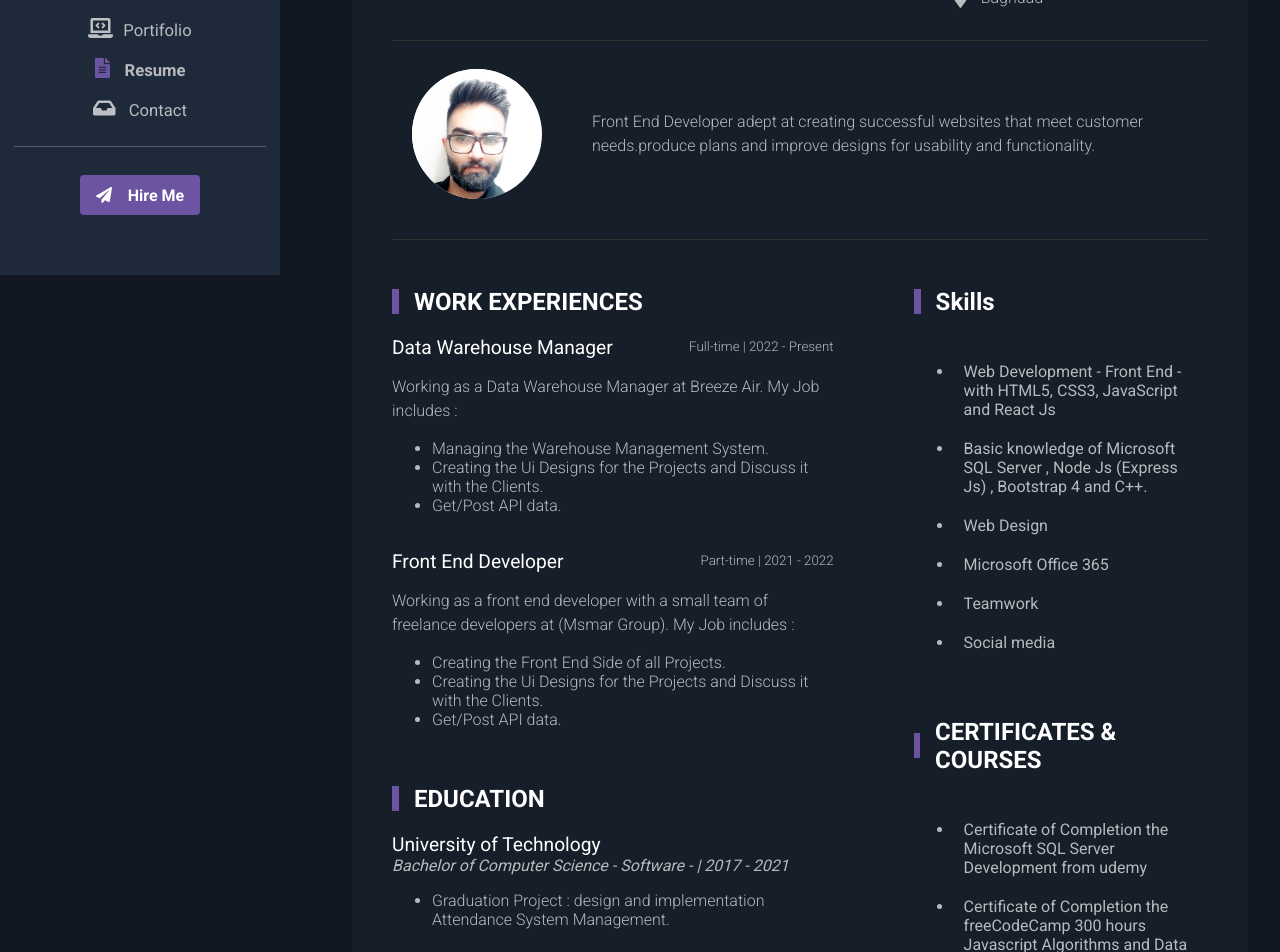
Repository: ahmedazawi/bio-website
Page: /bio-website/resume
The author's editor kept a copy of each file at every save. The page is drawn from the files as they stood at one save, then again after the next save.
The browser window is 1280 px wide. The pictures show the part of the page from y = 445 to 1397 px (the page is 2045 px tall).
The project was rebuilt for these pictures with package versions that can differ from the ones it lists, and the page was loaded fresh each time. Also part of the build but not shown: src/assets/css/routes-files/about-me.css, src/components/home/Head.js, src/assets/css/routes-files/cards.css, src/components/home/Card.js, src/components/home/Cards.js, src/components/home/PojectsCard.js, src/components/home/Projects.js, src/views/AboutMe.js and 2 more.

Above is the page before, as saved 2022-08-05 11:40:05.

After the next save:
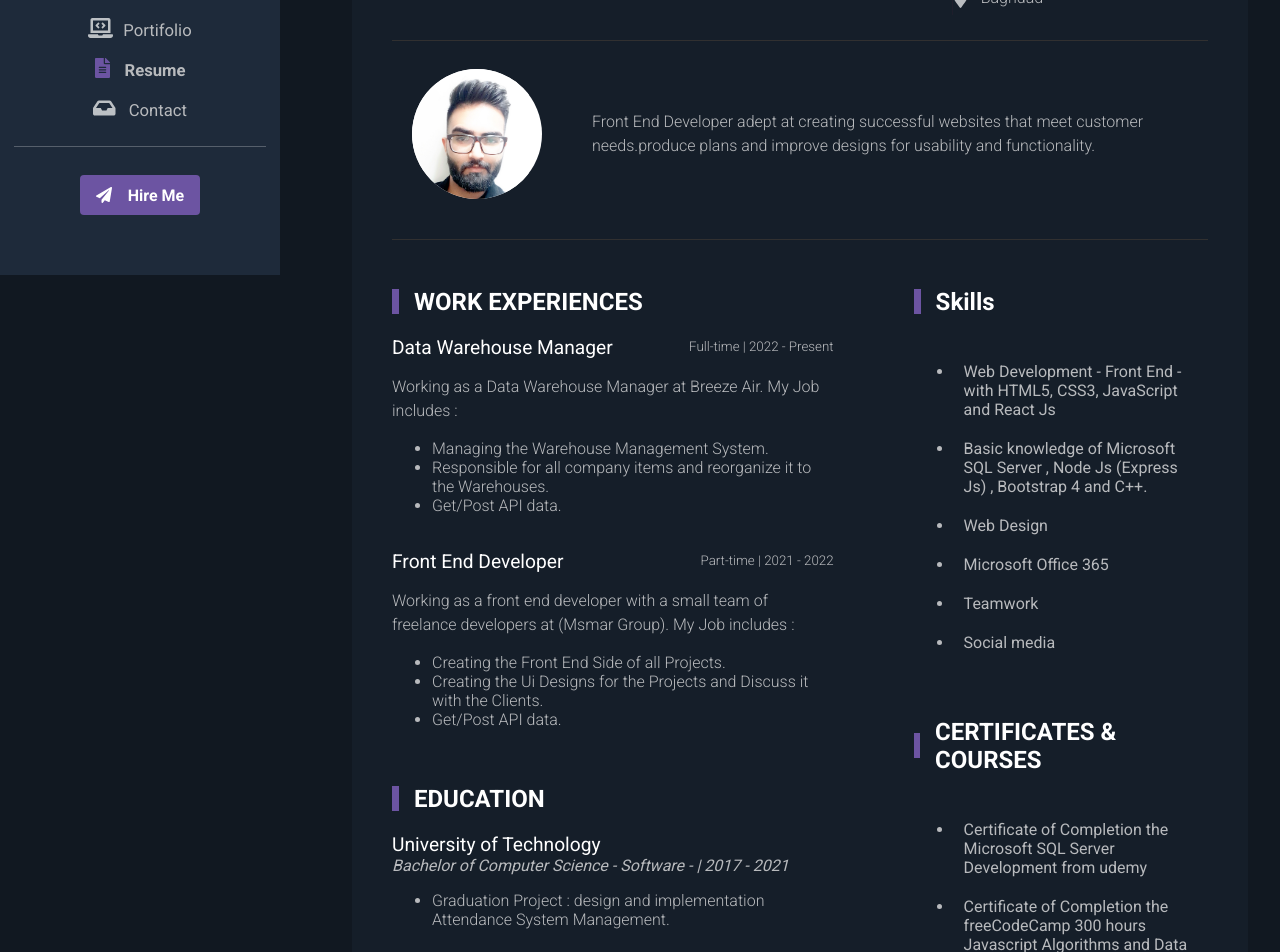
Saved 11 s later.
--- a/src/views/Resume.js
+++ b/src/views/Resume.js
@@ -165,8 +165,8 @@ const Resume = () => {
               >
                 <li>Managing the Warehouse Management System.</li>
                 <li>
-                  Creating the Ui Designs for the Projects and Discuss it with
-                  the Clients.
+                  Responsible for all company items and reorganize it to the
+                  Warehouses.
                 </li>
                 <li>Get/Post API data.</li>
               </ul>
